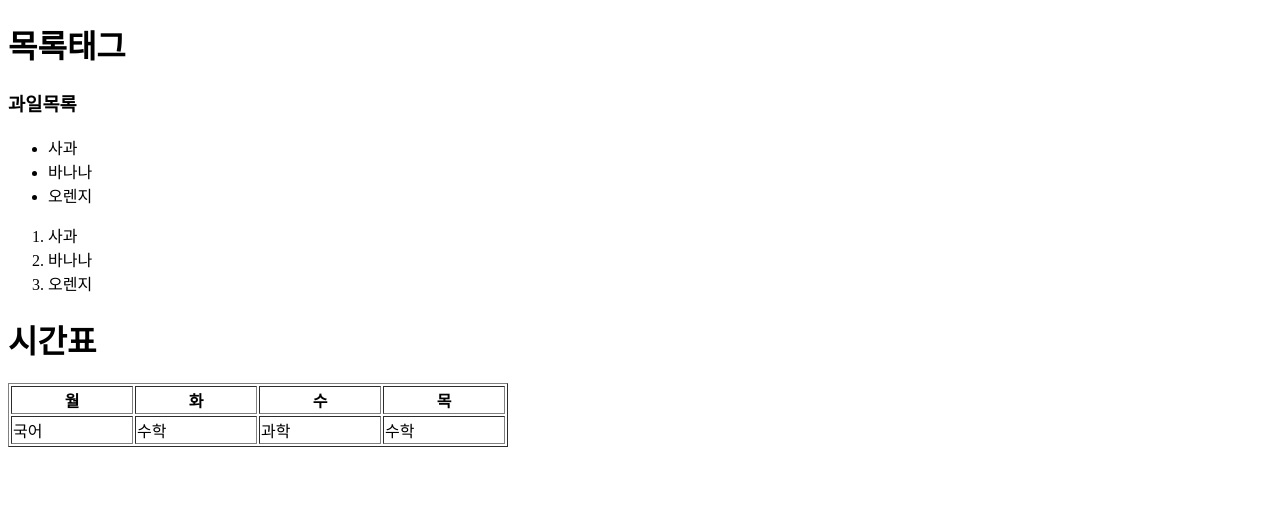
Repository: blinggg/html_git
Page: 0406/ex0406/WebContent/ex04.html
The author's editor kept a copy of each file at every save. The page is drawn from the files as they stood at one save, then again after the next save.
The browser window is 1280 px wide. The pictures show the whole page.

Above is the page before, as saved 2020-04-06 02:52:57.

### 0406/ex0406/WebContent/ex04.html
<!DOCTYPE html>
<html>
<head>
<meta charset="UTF-8">
<title>연습4</title>
</head>
<body>
	<h1>목록태그</h1>
	<h3>과일목록</h3>

	<!-- 순서가 없는 리스트 -->
	<ul>
		<li>사과  </li>
		<li>바나나</li>
		<li>오렌지</li>
	</ul>

	<!-- 순서가 있는 리스트 -->
	<ol><li>사과  </li>
		<li>바나나</li>
		<li>오렌지</li>
	</ol>

	<h1>시간표</h1>
	<table border=1 width=500>
		<tr>
			<th>월</th>
			<th>화</th>
			<th>수</th>
			<th>목</th>


		</tr>
		<tr>
			<td>국어</td>
			<td>수학</td>
			<td>과학</td>
			<td>수학</td>
		</tr>


	</table>
</body>
</html>

After the next save:
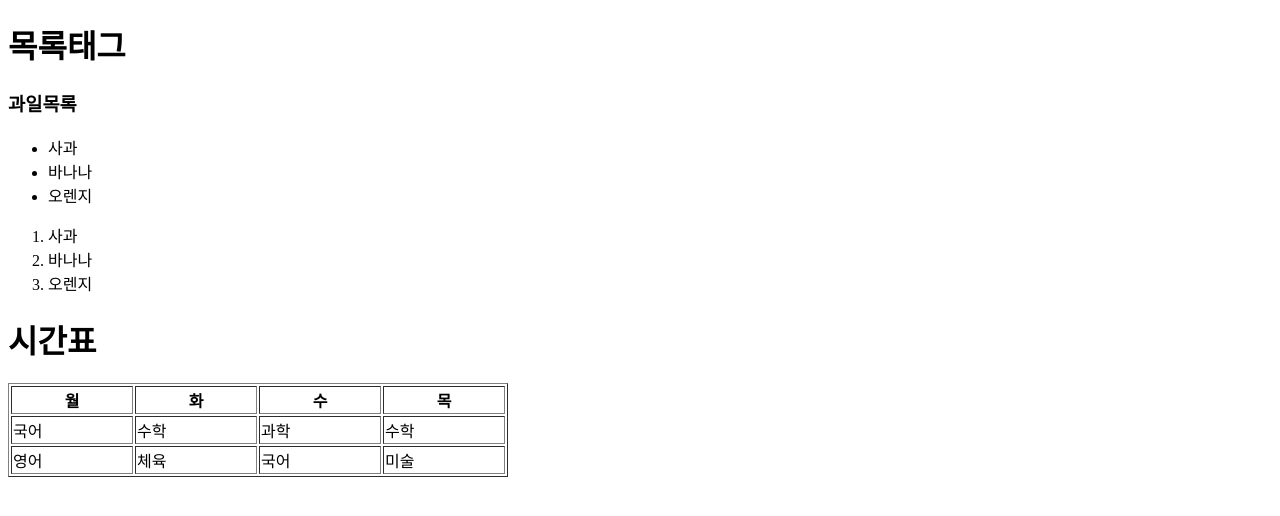
Saved 85 s later.
--- a/0406/ex0406/WebContent/ex04.html
+++ b/0406/ex0406/WebContent/ex04.html
@@ -38,6 +38,13 @@
 			<td>수학</td>
 		</tr>
 
+		<tr>
+			<td>영어</td>
+			<td>체육</td>
+			<td>국어</td>
+			<td>미술</td>
+
+		</tr>
 
 	</table>
 </body>
